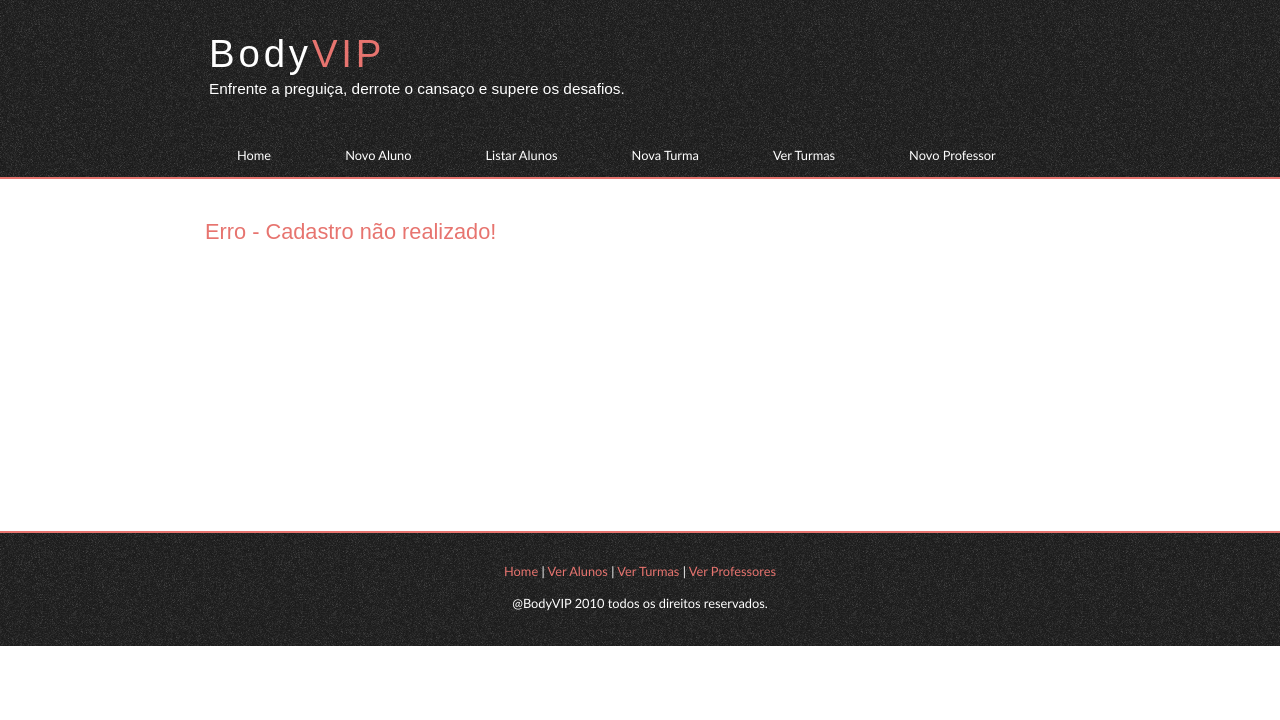
Repository: Thais-Ferreira/Projeto_bodyVIP
Page: http://localhost/BodyVIP/erroCadastro.jsp
The author's editor kept a copy of each file at every save. The page is drawn from the files as they stood at one save, then again after the next save.
The browser window is 1280 px wide. The pictures show the whole page.
The page is served by Tomcat 9.

Above is the page before, as saved 2017-06-21 14:30:09.

After the next save:
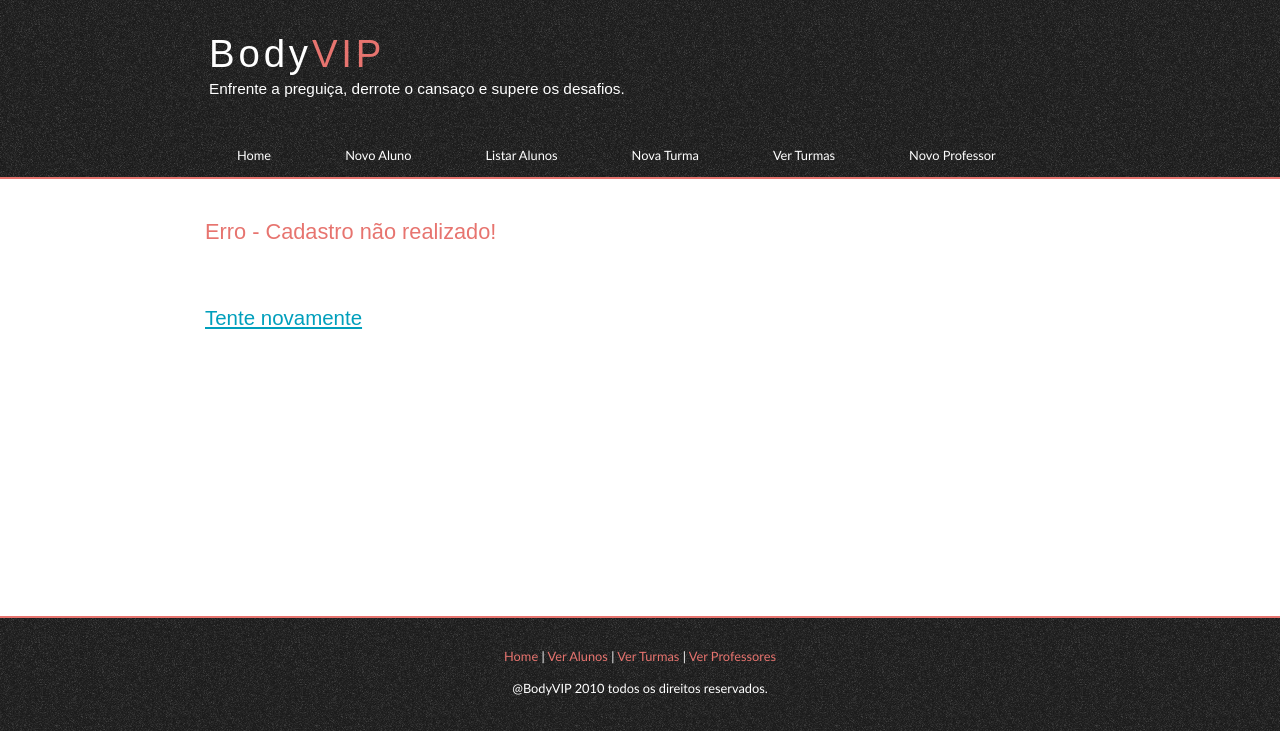
Saved 2 min 11 s later.
--- a/BodyVIP/WebContent/erroCadastro.jsp
+++ b/BodyVIP/WebContent/erroCadastro.jsp
@@ -34,7 +34,8 @@
 
 
       <div id="content">
-        <h1>Erro - Cadastro não realizado!</h1>
+        <h1>Erro - Cadastro não realizado!</h1><br><br>
+        <h2><a href="TurmaController?acao=cadastro">Tente novamente</a></h2>
         <br><br><br><br><br><br><br><br><br><br><br><br><br><br><br><br>
       </div>
     </div>
